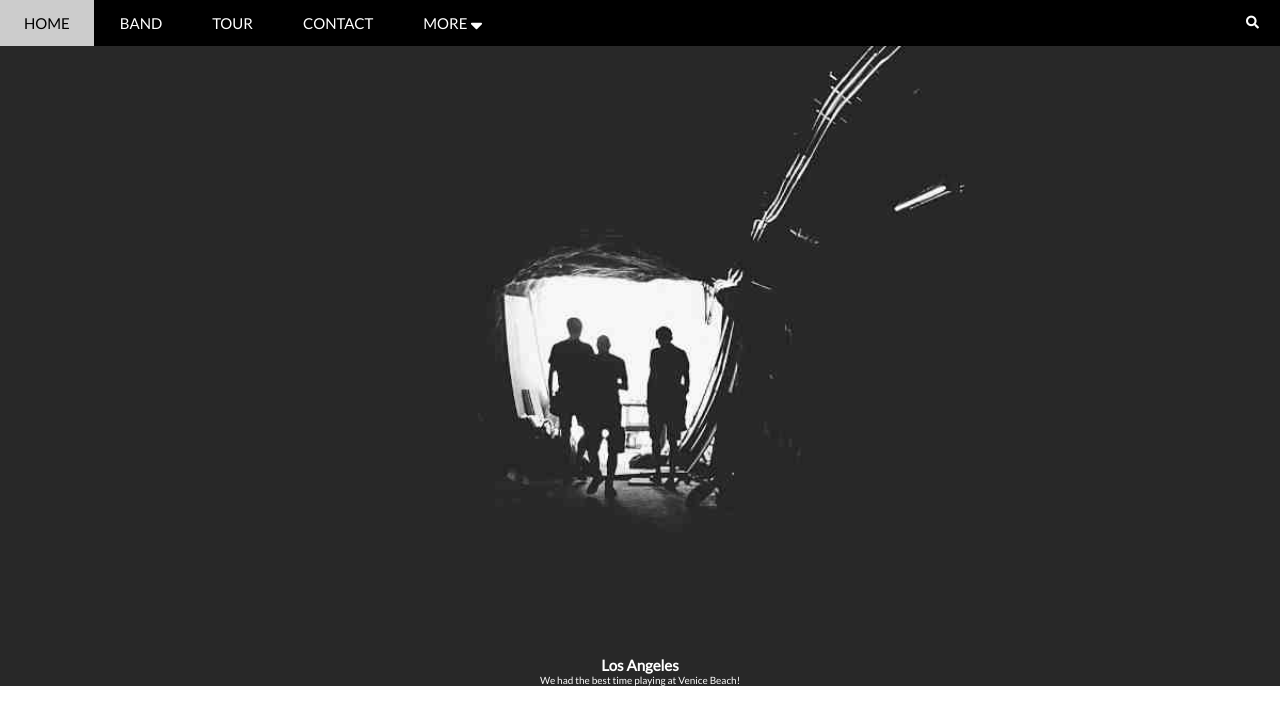
Repository: nguyenthaicong265/w3-band
Page: index.html
An editor plug-in stored every save of this project. The page is shown before and after the next save, followed by the edit.
The browser window is 1280 px wide. The pictures show the whole page.

Above is the page before, as saved 2021-12-28 16:16:31.

### index.html
<!DOCTYPE html>
<html lang="en">
<head>
    <meta charset="UTF-8">
    <meta http-equiv="X-UA-Compatible" content="IE=edge">
    <meta name="viewport" content="width=device-width, initial-scale=1.0">
    <title>Document</title>
    <link rel="stylesheet" href="./assets/css/styles.css">
    <link rel="stylesheet" href="https://fonts.googleapis.com/css?family=Lato">
    <link rel="stylesheet" href="./assets/font/themify-icons-font/themify-icons/themify-icons.css">
    <link rel="stylesheet" href="./assets/font/fontawesome-free-5.15.4-web/css/all.css">
</head>
<body>
    <div id="main">
        <div id="header">
            <ul id="nav">
                <li><a href="">Home</a></li>
                <li><a href="">Band</a></li>
                <li><a href="">Tour</a></li>
                <li><a href="">Contact</a></li>
                <li>
                    <a href="#">
                        More
                        <i class="fas fa-sort-down"></i>
                    </a>
                    <ul class="subnav">
                        <li><a href="#">Merchandise</a></li>
                        <li><a href="#">Extras</a></li>
                        <li><a href="#">Media</a></li>
                    </ul>
                </li>
            </ul>
            <div class="search-button">
                <i class="fas fa-search"></i>
            </div>
        </div>

        <div id="slider">
            <div class="text-content">
                <h2 class="text-head">Los Angeles
                </h2>
                <div class="text-description">We had the best time playing at Venice Beach!
                </div>
            </div>
        </div>

        <div id="content">

        </div>

        <div id="footer">

        </div>
    </div>
</body>
</html>

### assets/css/styles.css
/* Reset CSS */
* {
    padding: 0;
    margin: 0;
    box-sizing: border-box;
}

html {
    font-family: "Lato", sans-serif;
    font-size: 62.5%;
}

#main {

}

#header {
    position: fixed;
    top: 0;
    left: 0;
    right: 0;
    height: 46.5px;
    background-color: #000000;

}

#header .search-button {
    float: right;
    padding: 0 21px;
}

#header .search-button:hover {
    cursor: pointer;
    background-color: #f44336!important;
}

#header .fa-search {
    color: #ffffff;
    font-size: 13px;
    line-height: 46px;
}

#nav, .subnav {
    display: inline-block;
    list-style-type: none;
}

#nav > li {
    display: inline-block;
}

#nav li {
    position: relative;
}

#nav > li > a {
    color: #ffffff;
    text-transform: uppercase;
}

#nav li a {
    text-decoration: none;
    line-height: 46.5px;
    padding: 0px 24px;
    font-size: 1.5rem;
    display: block;
}

#nav .fa-sort-down {
    font-size: 20px;
}

#nav li:hover .subnav {
    display: block;

}

#nav > li:hover > a,
#nav .subnav li:hover a {
    color: #000 !important;
    background-color: #ccc !important;
}

#nav .subnav {
    display: none;
    position: absolute;
    min-width: 160px;
    top: 46.5px;
    background-color: #ffffff;
    box-shadow: 0 0 10px rgba(0, 0, 0, 0.3);
}

#nav .subnav a {
    color: #000;
    padding: 0 12px;
    line-height: 38px;
}

#slider {
    position: relative;
    margin-top: 46px;
    padding-top: 50%;
    background: url(/assets/img/slider/slider1.jpg) top center / cover no-repeat;
}

#slider .text-content {
    position: absolute;
    color:#ffffff;
    bottom: 0;
    left: 50%;
    transform: translateX(-50%);
    text-align: center;
}

#slider .text-head {

}
#slider .text-description {

}

#content {

}

#footer {

}

Loaded but not shown: assets/font/themify-icons-font/themify-icons/themify-icons.css (common file); assets/font/fontawesome-free-5.15.4-web/css/all.css (library)

After the next save:
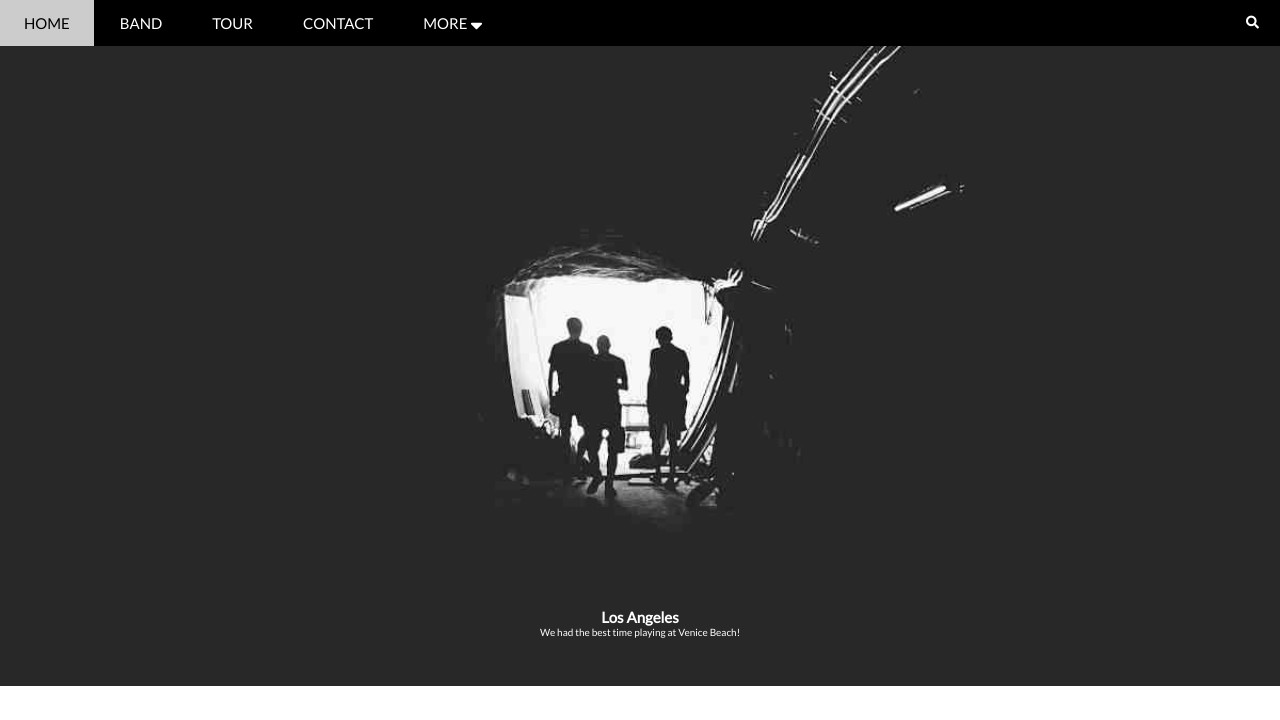
Saved 4 s later.
--- a/assets/css/styles.css
+++ b/assets/css/styles.css
@@ -106,7 +106,7 @@ html {
 #slider .text-content {
     position: absolute;
     color:#ffffff;
-    bottom: 0;
+    bottom: 48px;
     left: 50%;
     transform: translateX(-50%);
     text-align: center;
